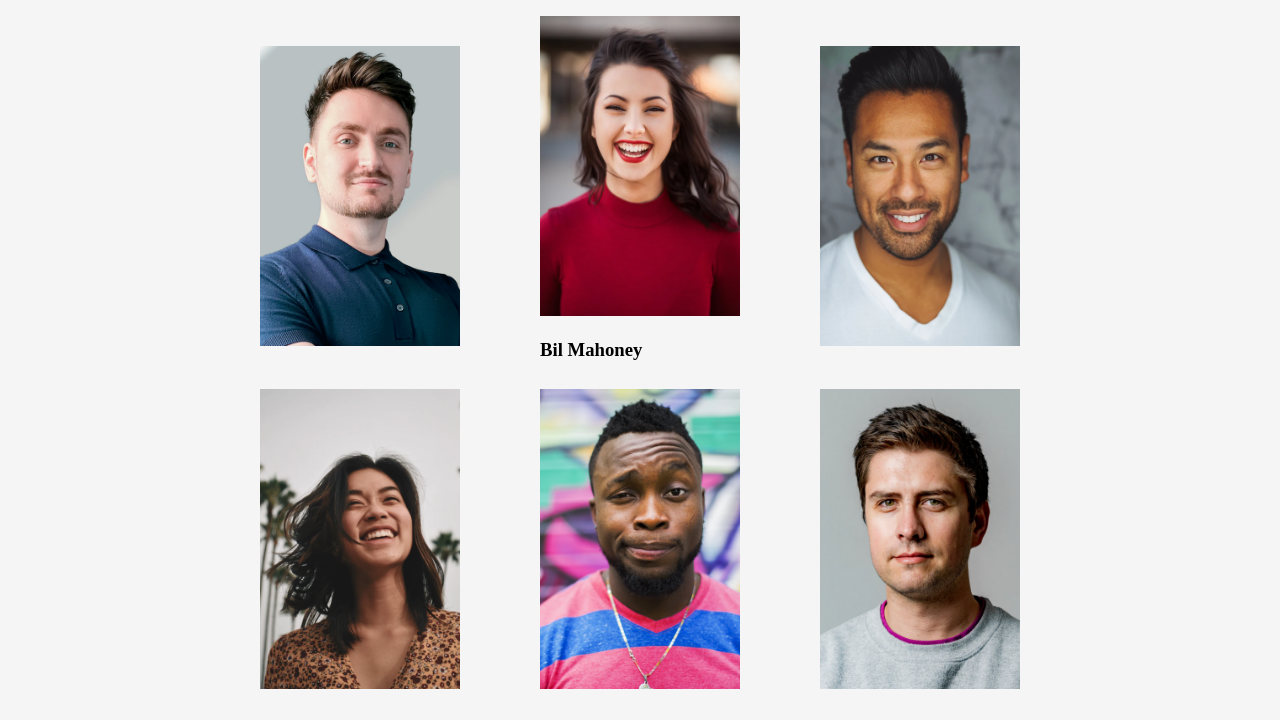
Repository: georgisenze/my-team-page-challeng
Page: index.html
These files come from the project's save history. The page is drawn as it stood at one moment and after the next save; the edit follows.
The browser window is 1280 px wide. The pictures show the whole page.

Above is the page before, as saved 2023-02-22 22:07:22.

### index.html
<!DOCTYPE html>
<html lang="en">
<head>
    <meta charset="UTF-8">
    <meta http-equiv="X-UA-Compatible" content="IE=edge">
    <meta name="viewport" content="width=device-width, initial-scale=1.0">
    <title>My team page</title>

    <link rel="stylesheet" href="assets/css/style.css">
</head>
<body>
     <div class="container" id="container">
        <div class="box">
            <img src="assets/img/photo1.png" alt="" >
        </div>
        <div class="box">
            <img src="assets/img/photo2.png" alt="">
            <h3>Bil Mahoney</h3>
        </div>
        <div class="box">
            <img src="assets/img/photo3.png" alt="">
        </div>
        <div class="box">
            <img src="assets/img/photo4.png" alt="">
        </div>
        <div class="box">
            <img src="assets/img/photo5.png" alt="">
        </div>
        <div class="box">
            <img src="assets/img/photo6.png" alt="">
        </div>
      </div>
</body>
</html>

### assets/css/style.css
  body{
    margin: 0;
    padding: 0;
    background-color: whitesmoke;
  }

  .container {
    writing-mode: horizontal-tb;
    display: grid;
    justify-content: center;
    justify-items: center;
    align-items: center;
    align-content: center;
    grid-template-columns: 270px 270px 270px;
    /* grid-template-rows: repeat(2,minmax(100px, auto)); */
    grid-auto-flow: row;
    gap: 10px;
    padding: 1em;
  }

  img {
    width: 200px;
    height: 300px;
  }

  label {
    --flow-space: 1rem;
    display: grid;
    grid-template-columns: 180px min-content;
    gap: 0.2rem;
  }

After the next save:
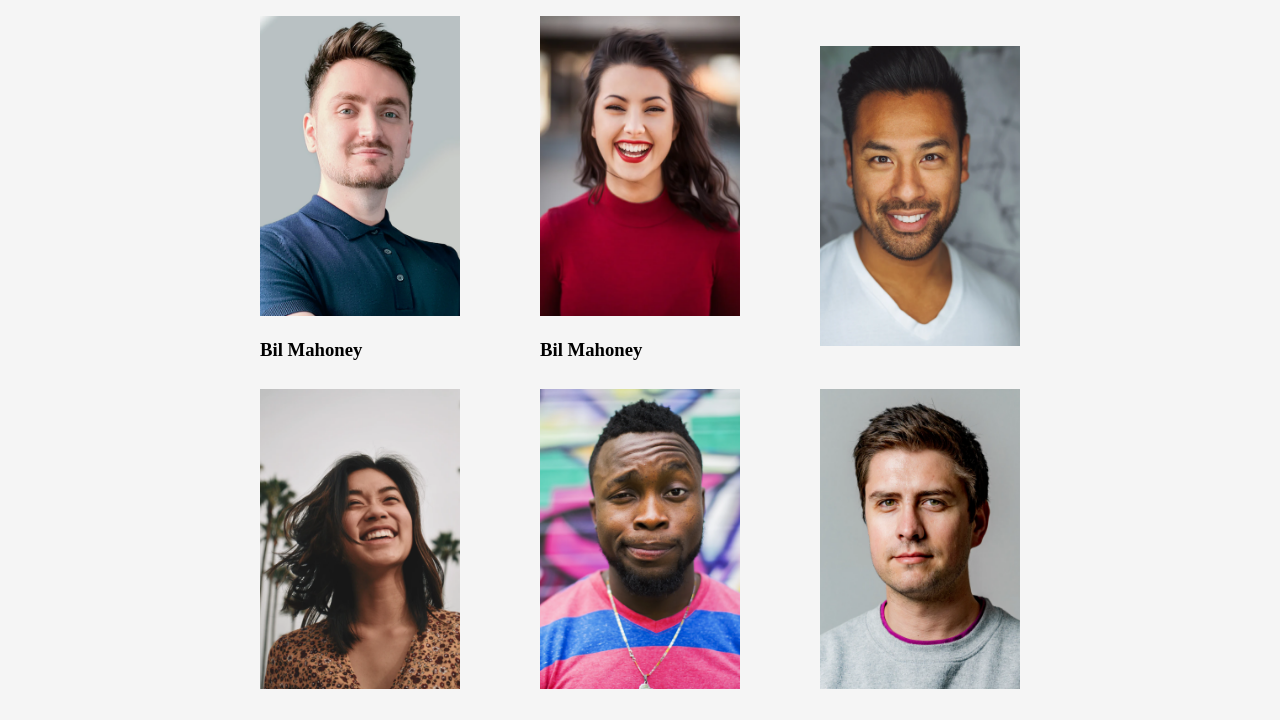
Saved 30 s later.
--- a/index.html
+++ b/index.html
@@ -12,6 +12,7 @@
      <div class="container" id="container">
         <div class="box">
             <img src="assets/img/photo1.png" alt="" >
+            <h3>Bil Mahoney</h3>
         </div>
         <div class="box">
             <img src="assets/img/photo2.png" alt="">
